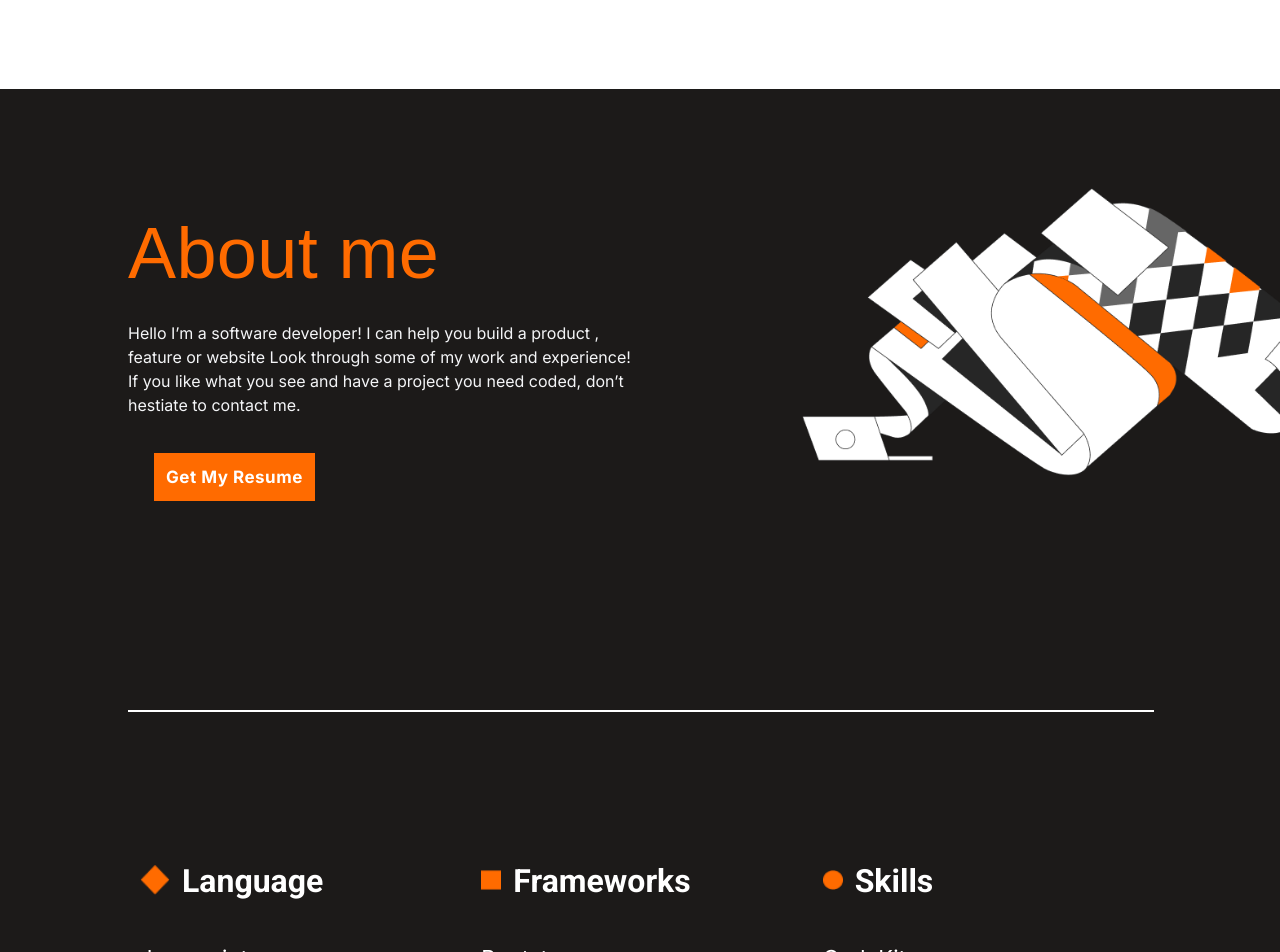
Repository: camilevahviraki/Portfolio
Page: index.html
An editor plug-in stored every save of this project. The page is shown before and after the next save, followed by the edit.
The browser window is 1280 px wide. The pictures show the part of the page from y = 2702 to 3654 px (the page is 4849 px tall).
A picture or video elsewhere on the page could not be fetched, so the positions and the page height are approximate. Some web fonts or font styles are not loaded; a fallback is used.

Above is the page before, as saved 2022-03-25 12:36:48.

After the next save:
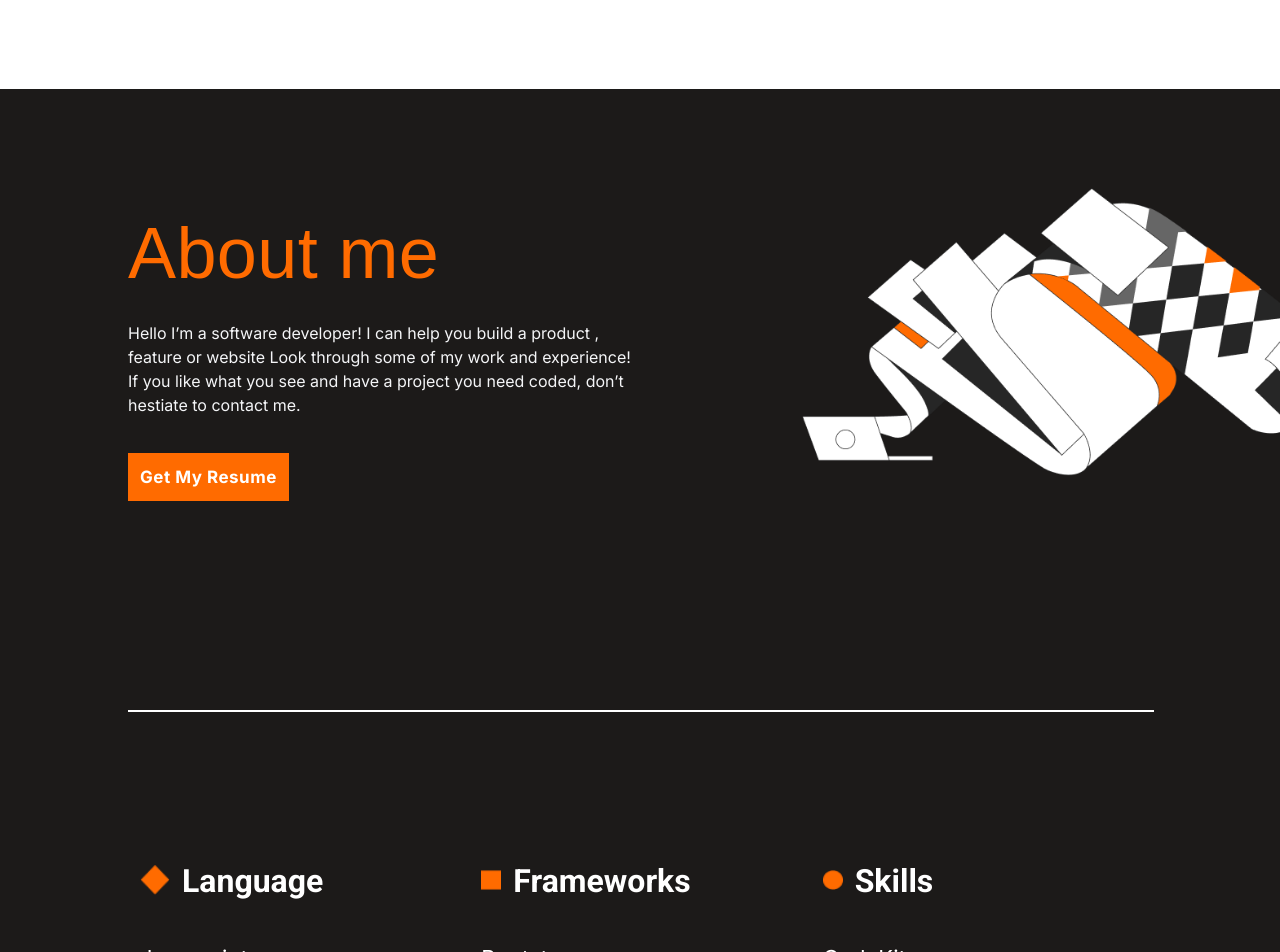
Saved 58 s later.
--- a/style_desktop.css
+++ b/style_desktop.css
@@ -455,7 +455,7 @@ h3 {
   padding: 12px;
   background: #ff6b00;
   align-self: start;
-  margin: 24px 0 209px 154px;
+  margin: 24px 0 209px calc(100vw * 0.1);
   border: none;
 }
 
